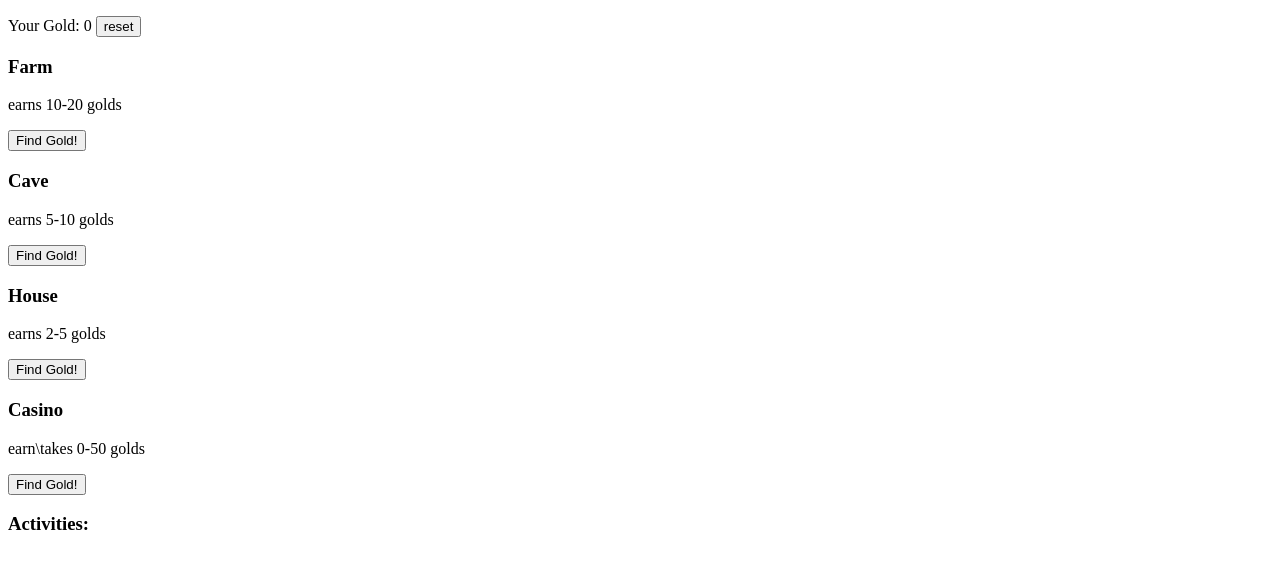
Repository: bvnger/Ninja_gold_flask
Page: http://localhost/
These files come from the project's save history. The page is drawn as it stood at one moment and after the next save; the edit follows.
The browser window is 1280 px wide. The pictures show the whole page.
The page is served by the project's application, run on Flask 3 (server.py).

Above is the page before, as saved 2019-11-04 13:32:39.

### templates/index.html
<!DOCTYPE html>
<html lang="en">
<head>
    <meta charset="UTF-8">
    <meta name="viewport" content="width=device-width, initial-scale=1.0">
    <meta http-equiv="X-UA-Compatible" content="ie=edge">
    <title>Document</title>
</head>
<body>

    <div class ="container" action ="/process">
        <div class ="top">
        <p>Your Gold: {{session['gold']}}
        <button action="/reset" method="POST"> reset</button>
        </div>
        <div class ="mid">
<!-- ########################             -->
<form class="farm" action="/process" method="POST">
    <h3>Farm</h3>
    <p>earns 10-20 golds</p>
    <input type="hidden" name="building"  value="farm"></input>
    <button type="submit">Find Gold!</button>
</form>
<form class="Cave" action="/process" method="POST">
    <h3>Cave</h3>
    <p>earns 5-10 golds</p>
    <input type="hidden" name="building"  value="cave"></input>
    <button type="submit">Find Gold!</button>
</form>
<form class="House" action="/process" method="POST">
    <h3>House</h3>
    <p>earns 2-5 golds</p>
    <input type="hidden" name="building"  value="house"></input>
    <button type="submit">Find Gold!</button>
</form>
<form class="Casino" action="/process" method="POST">
    <h3>Casino</h3>
    <p>earn\takes 0-50 golds</p>
    <input type="hidden" name="building"  value="casino"></input>
    <button type="submit">Find Gold!</button>
</form>
        </div>
        <div class ="bot">
            <table>
            <h3>Activities:</h3>
            <ul class="bottom" name ="activities" value="log" class="activities">
                {% for activity in session.activities %}
                <li name="activities"  class="log" >{{activity}}
                </li>
                {% endfor %}
            </ul>
            </table>
        </div>
    </div>

</body>
</html>

### server.py
from flask import Flask, render_template, request, redirect, session
from datetime import datetime
import random
app = Flask(__name__)
app.secret_key="qwertyuiop"

@app.route('/')
def hello_world():
    gold ="gold"
    if "gold" not in session:
        session["gold"]= 0
    if "counter" not in session:
        session["counter"]=0
    if "activities" not in session:
        session["activities"]=[]
    return render_template("index.html")

@app.route("/process", methods=["POST"])

def processgold():
    date_time = datetime.now()
    print(session)
    print(request.form)
    if request.form["building"] == "farm":
            place = "farm"
            gold = random.randint(10,20)
            session["gold"]+= gold
            session['counter'] += 1
            message = f"You have visited {place} and gained {gold} gold! {date_time}"
            session['activities'].insert(0,message)
            return redirect('/')
    if request.form["building"] == "cave":
        place =  "cave"
        gold = random.randint(5,10)
        session['gold']+= gold
        session['counter'] += 1
        message = f"You have visited {place} and gained {gold} gold! {date_time}"
        session['activities'].insert(0,message)
        return redirect('/')
    if request.form["building"] == "house":
        place = "house"
        gold =random.randint(2,5)
        session['gold']+= gold
        session['counter'] += 1
        message = f"You have visited {place} and gained {gold} gold! {date_time}"
        session['activities'].insert(0,message)
        return redirect('/')
    if request.form["building"] == "casino":
        place = "casino"
        gold = random.randint(0,100) -50
        session['gold']+= gold
        session['counter'] += 1
        message = f"You have visited {place} and gained {gold} gold! {date_time}"
        session['activities'].insert(0,message)
        return redirect('/')
    return redirect('/')

@app.route('/reset')
def reset(request):
    request.session.clear()
    return redirect('/')


if __name__=="__main__":
    app.run(debug=True)

After the next save:
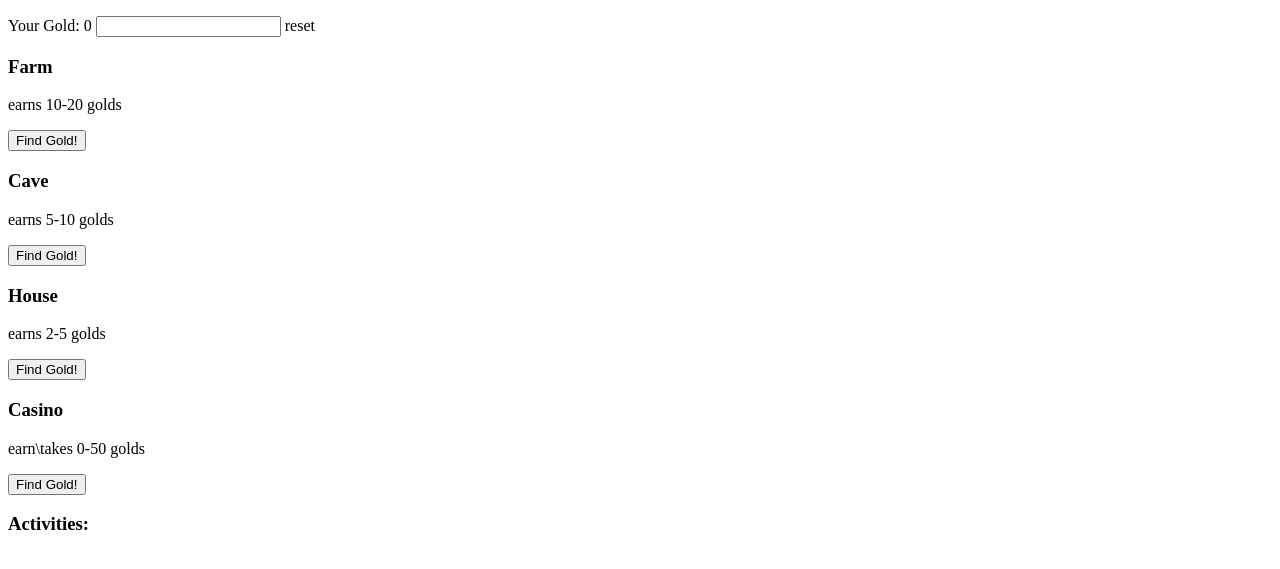
Saved 17 s later.
--- a/templates/index.html
+++ b/templates/index.html
@@ -11,7 +11,7 @@
     <div class ="container" action ="/process">
         <div class ="top">
         <p>Your Gold: {{session['gold']}}
-        <button action="/reset" method="POST"> reset</button>
+        <input action="/reset" method="POST"> reset</input>
         </div>
         <div class ="mid">
 <!-- ########################             -->

After the save that followed:
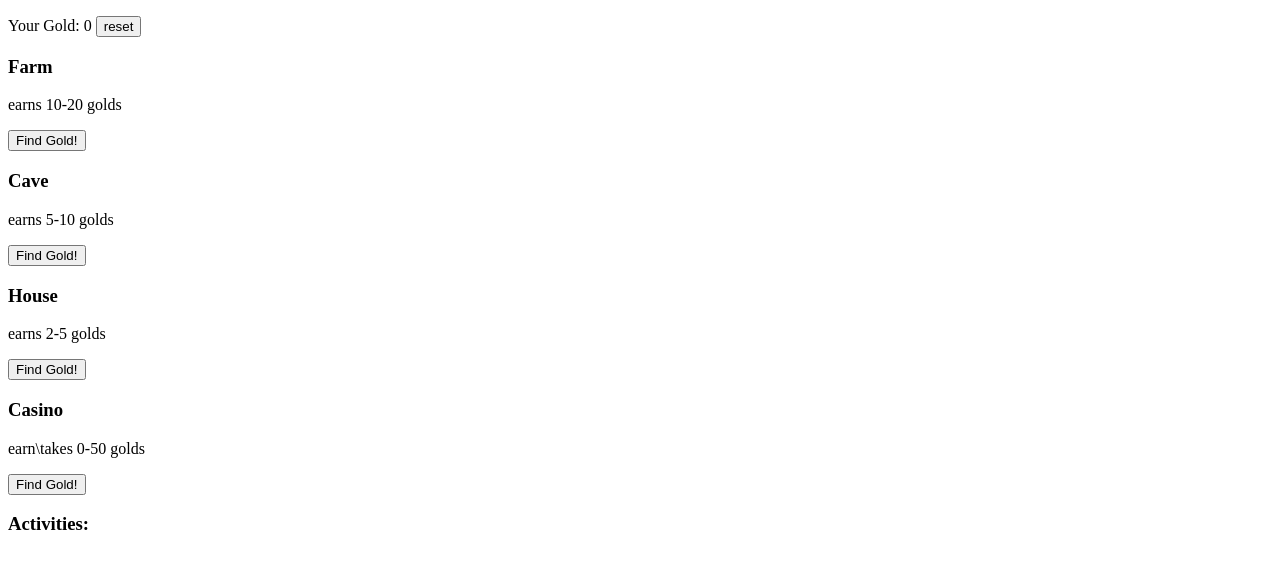
Saved 12 s later.
--- a/templates/index.html
+++ b/templates/index.html
@@ -11,7 +11,7 @@
     <div class ="container" action ="/process">
         <div class ="top">
         <p>Your Gold: {{session['gold']}}
-        <input action="/reset" method="POST"> reset</input>
+        <button action="/reset" method="POST"> reset</button>
         </div>
         <div class ="mid">
 <!-- ########################             -->
